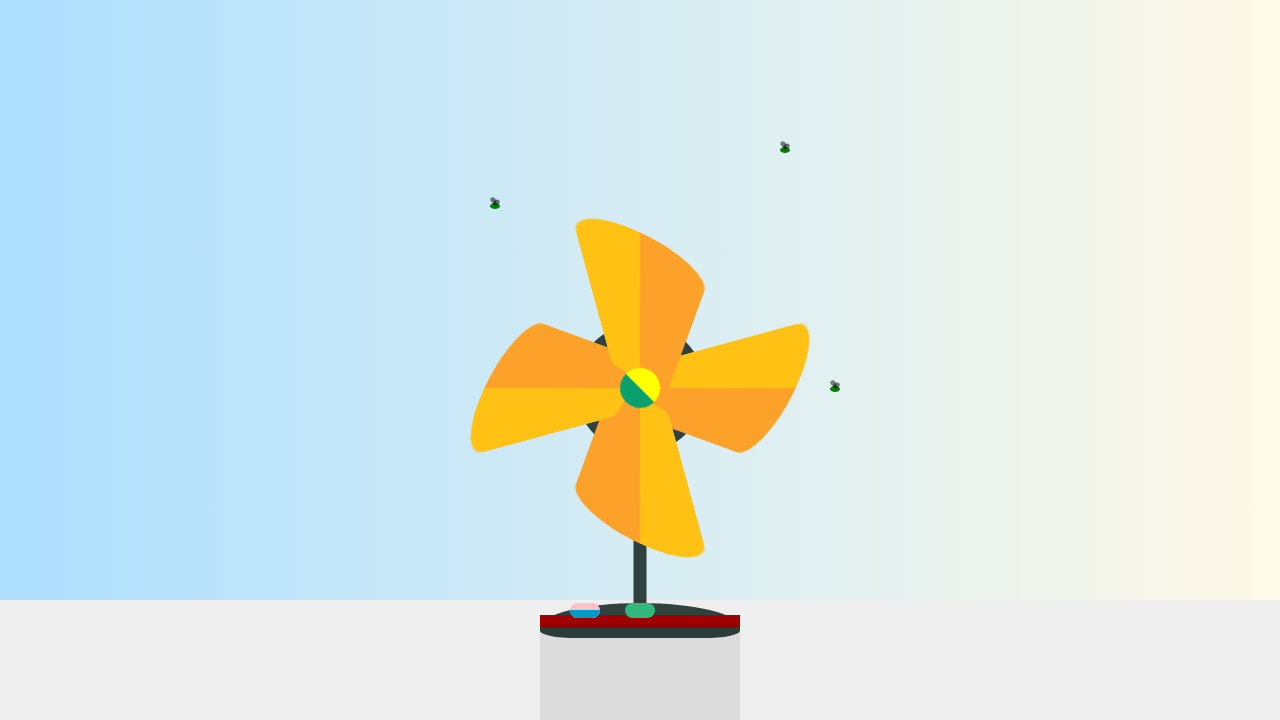
Repository: VuTuanAnh0949/CodeFan
Page: index.html
These files come from the project's save history. The page is drawn as it stood at one moment and after the next save; the edit follows.
The browser window is 1280 px wide. The pictures show the whole page.

Above is the page before, as saved 2022-06-22 11:48:42.

After the next save:
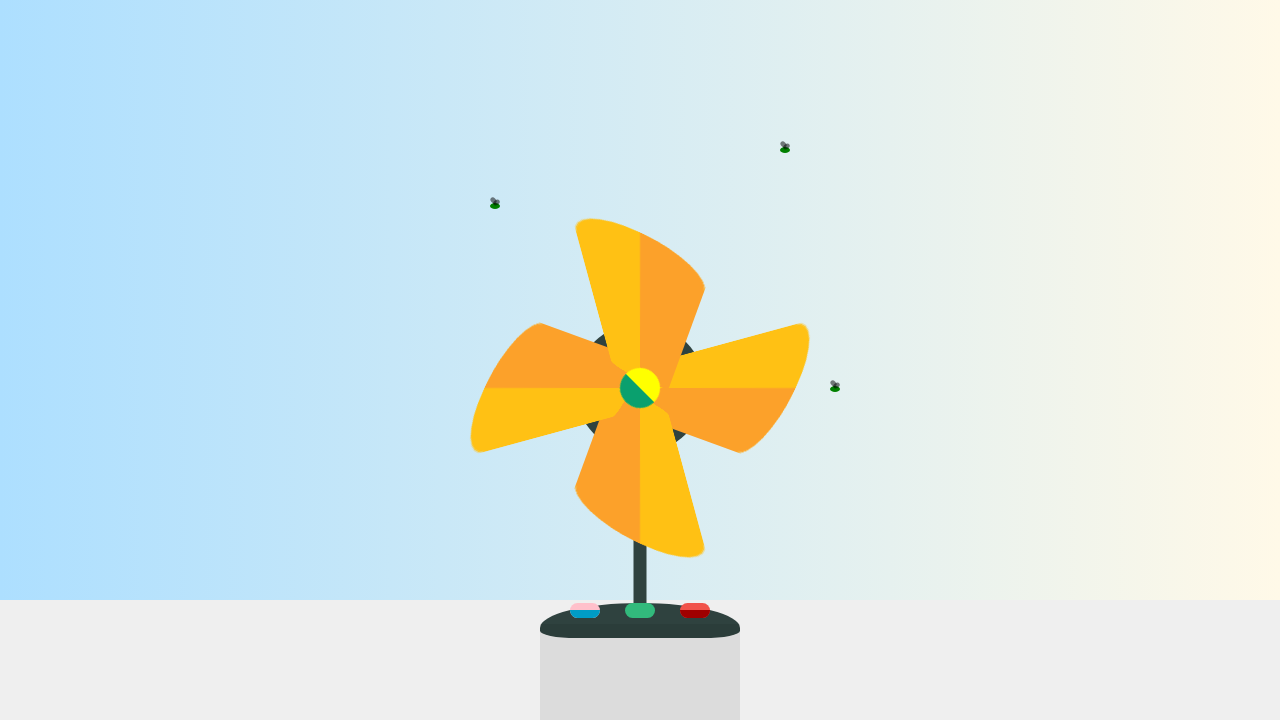
Saved 6 s later.
--- a/style.css
+++ b/style.css
@@ -165,7 +165,7 @@ span {
     border-radius: 50%;
 }
 
-.fan__root .top .red {
+.fan__root .top .green {
     position: absolute;
     width: 30px;
     height: 15px;
